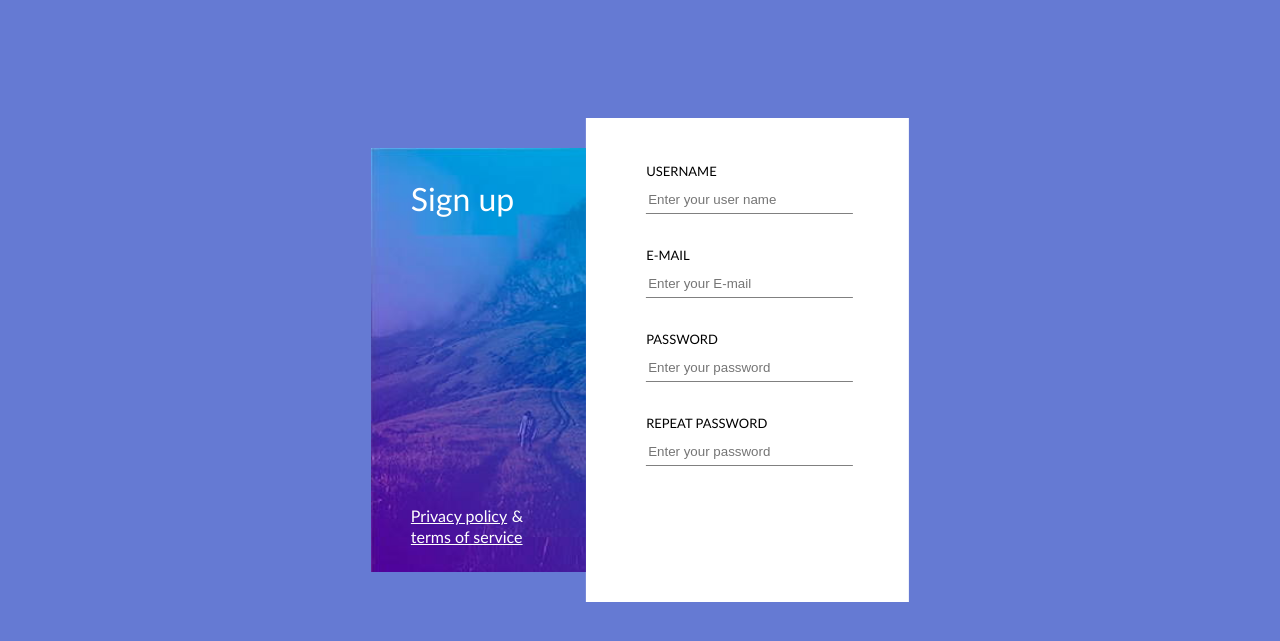
Repository: motiejus1/11-paskaita-adobexd-registracija
Page: index.html
The author's editor kept a copy of each file at every save. The page is drawn from the files as they stood at one save, then again after a run of saves.
The browser window is 1280 px wide. The pictures show the whole page.

Above is the page before, as saved 2021-06-17 20:15:14.

### index.html
<!DOCTYPE html>
<html lang="en">
<head>
    <meta charset="UTF-8">
    <meta http-equiv="X-UA-Compatible" content="IE=edge">
    <meta name="viewport" content="width=device-width, initial-scale=1.0">
    <title>Registracija</title>
    <style>
        html {
            font-size: 18px;
        }

        body {
            max-width: 1920px;
            background-color: #657AD3;
            font: normal normal normal 1rem/1.1667rem Gill Sans MT;
        }

        .container {
            width: 42.05%;
            position: absolute;
            top: 50%;
            left: 50%;
            transform: translate(-50%, -50%);
        }

        .left-column, .right-column {
            float:left;
            height: 26.8889rem;
        }

        .left-column {
            background-color: transparent;
            width: 40%;

        }

        .right-column {
            width: 60%;
            background-color: #fff;
        }

        .left-column-container {
            margin-top: 1.6667rem;
            height: 23.5556rem;
            background-color: #fff;
            background: transparent url('img/mountain.png') 0% 0% no-repeat padding-box;
            background-size: cover;
            padding-left: 2.2222rem;
            position: relative;

        }

        h1 {
            font: normal normal normal 1.7778rem/2.0556rem Gill Sans MT;
            color: #FFFFFF;
            margin: 0;
            padding-top: 32px;
        }


        .links {
            position: absolute;
            bottom: 1.3889rem;
        }

        .links a, .links p {
            display: inline-block;
            color: #FFFFFF;
            font: normal normal normal 0.8889rem/1.0556rem Gill Sans MT;
        }

        .links a:hover {
            color:#808080;
        }

        .links p {
            margin: 0;
        }

        .right-column-container {
            padding-left: 3.3333rem;
            padding-top: 2.5556rem;
            padding-right: 3.3333rem;
        }

        input {
            display: block;
            width: 100%;
            border: 0;
            border-bottom: 1px solid #808080;
            padding-bottom: 0.3333rem;
        }
        /* klase input */

        .input {
            margin-bottom: 1.8889rem;
        }

        label {
            display: block;
            font: normal normal normal 0.7222rem/0.8333rem Gill Sans MT;
            text-transform: uppercase;
            color: #000000;
            padding-bottom: 0.6667rem;
        }

        ::-webkit-input-placeholder {

        }

    </style>

</head>
<body>

    <div class="container">

        <div class="left-column">
            <div class="left-column-container">
                <h1>Sign up</h1>

                <div class="links">
                    <a href="#">Privacy policy</a>
                    <p>&</p>
                    <a href="#">terms of service</a>
                </div>
            </div>
        </div>
        <div class="right-column">
            <div class="right-column-container">
                <div class="input">
                    <label for="username">Username</label>
                    <input placeholder="Enter your user name" type="text" id="username" name="username" />
                </div>
                <div class="input">
                    <label for="email">E-mail</label>
                    <input placeholder="Enter your E-mail" type="text" id="email" name="email" />
                </div>
                <div class="input">
                    <label for="password">Password</label>
                    <input placeholder="Enter your password" type="password" id="password" name="password" />
                </div>
                <div class="input">
                    <label for="repeat-password">Repeat password</label>
                    <input placeholder="Enter your password" type="password" id="repeat-password" name="repeat-password" />
                </div>
            </div>
        </div>
    </div>

</body>
</html>

After the next 5 saves:
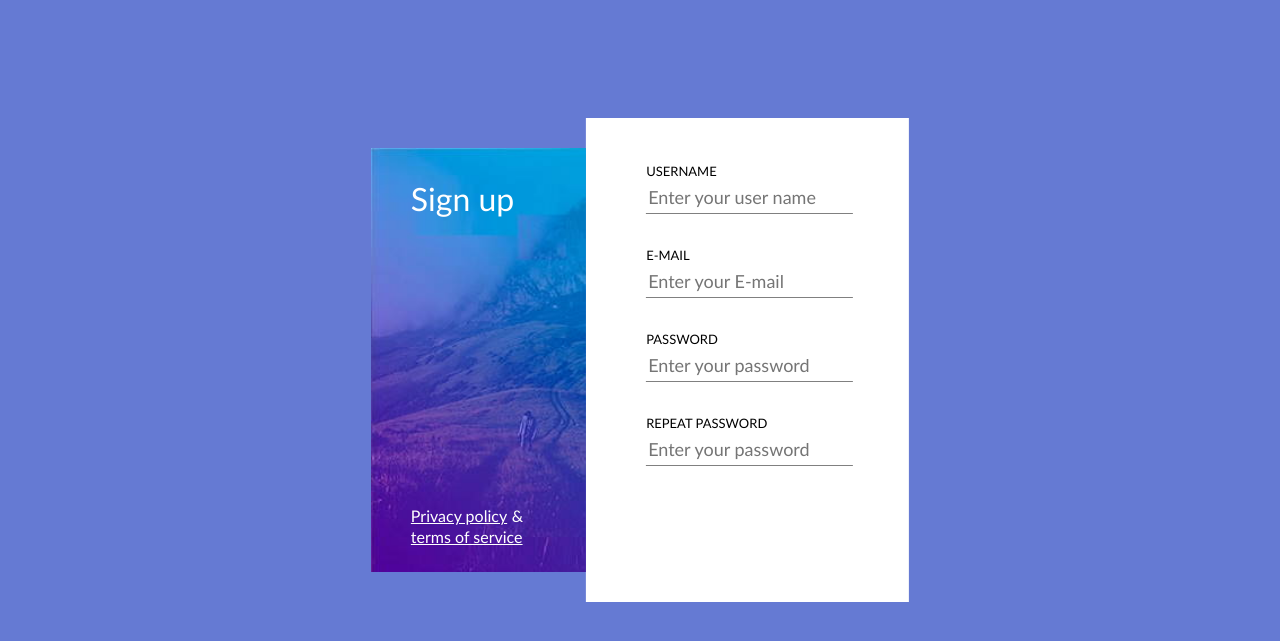
The 5 saves are shown as one change because they came seconds apart.
The last was saved 34 s later.
--- a/index.html
+++ b/index.html
@@ -106,6 +106,8 @@
         }
 
         ::-webkit-input-placeholder {
+            font: normal normal normal 1rem/1.1667rem Gill Sans MT;
+            color:
 
         }
 
